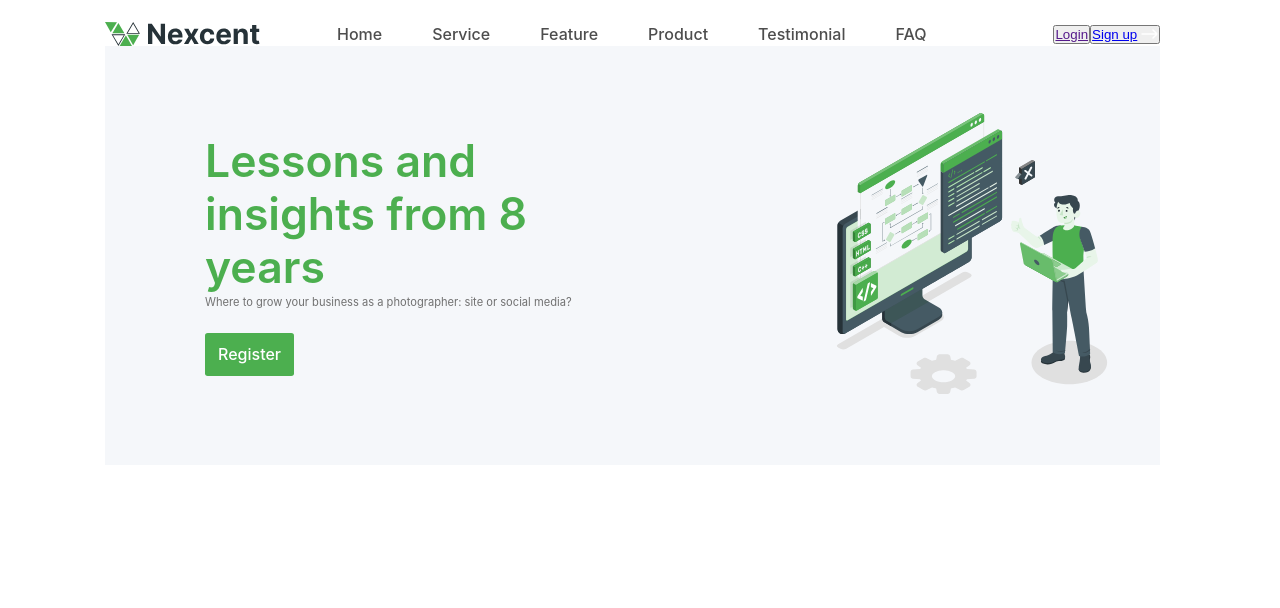
Repository: kubrazamanova/Folder4
Page: homePage/index.html
An editor plug-in stored every save of this project. The page is shown before and after the next save, followed by the edit.
The browser window is 1280 px wide. The pictures show the whole page.

Above is the page before, as saved 2023-11-11 11:38:26.

### homePage/index.html
<!DOCTYPE html>
<html lang="en">
  <head>
    <meta charset="UTF-8" />
    <meta name="viewport" content="width=device-width, initial-scale=1.0" />
    <link rel="stylesheet" href="index.css" />
    <title>Document</title>
  </head>
  <body>

    <div class="container">
      <nav>
        <img src="../images/Logo.svg" alt="">
        <ul>

          <li>
            <a href="#">Home</a>
          </li>

          <li>
            <a href="#">Service</a>
          </li>
          <li>
            <a href="#">Feature</a>
          </li>

          <li>
            <a href="#">Product</a>
          </li>

          <li>
            <a href="#">Testimonial</a>
          </li>

          <li>
            <a href="#">FAQ</a>
          </li>

        </ul>
        <div class="buttons-box">
            <button class="login-btn">
                <a href="">Login</a>
            </button>
            <button class="signup-btn">
                <a href="#">Sign up</a>
                <svg xmlns="http://www.w3.org/2000/svg" width="17" height="10" viewBox="0 0 17 10" fill="none">
                    <path d="M12 9L15.2929 5.70711C15.6834 5.31658 15.6834 4.68342 15.2929 4.29289L12 1M15 5L1 5" stroke="white" stroke-width="1.5" stroke-linecap="round"/>
                    </svg>
            </button>
        </div>
      </nav>

      <div class="box2">
        <div class="left-side">
          <h1>Lessons and insights from 8 years</h1>
          <h2>
            Where to grow your business as a photographer: site or social media?
          </h2>
          <a href="#">Register</a>
        </div>

        <div class="right-side">
          <img src="../images/Illustration.svg" alt="" />
        </div>
      </div>
    </div>
  </body>
</html>

### homePage/index.css
* {
  margin: 0;
  padding: 0;
  box-sizing: border-box;
}

.container {
  min-height: 100vh;
  padding: 22px 120px 96px 105px;
}
.container nav{
  display: flex;
  align-items: center;
justify-content: space-between;
}
.container nav ul {
  display: flex;
  align-items: center;
}

.container nav ul li {
  list-style-type: none;
  margin-right: 50px;
}

.container nav ul li a {
  color: var(--neutral-d-grey, #4d4d4d);
  text-align: center;
  font-family: Inter;
  font-size: 16px;
  font-style: normal;
  font-weight: 500;
  line-height: 24px;
  text-decoration: none;
}

.container nav .buttons-box{
  display: flex;
  align-items: center;
}

.container .box2 {
  display: flex;
  justify-content: space-between;
  align-items: center;
  padding: 66px 52px 66px 100px;
  background: var(--neutral-silver, #f5f7fa);
}

.container .box2 .left-side h1 {
  width: 450px;
  /* display: block;
    margin-top: 111px; */
  color: var(--neutral-d-grey, #4d4d4d);
  font-family: Inter;
  font-size: 44.548px;
  font-style: normal;
  font-weight: 600;
  line-height: 52.901px;
  color: var(--brand-primary, #4caf4f);
  font-family: Inter;
  font-size: 44.548px;
  font-style: normal;
  font-weight: 600;
  line-height: 52.901px;
  align-self: stretch;
}

.container .box2 .left-side h2 {
  /* display: flex;
     margin-bottom: 120px; */
  color: var(--neutral-grey, #717171);
  font-family: Inter;
  font-size: 11.137px;
  font-style: normal;
  font-weight: 400;
  line-height: 16.706px;
  margin-bottom: 22px;
}

.container .box2 .left-side a {
  width: 89px;
  text-decoration: none;
  color: var(--neutral-white, #fff);
  text-align: center;
  font-family: Inter;
  font-size: 16px;
  font-style: normal;
  font-weight: 500;
  line-height: 24px;
  display: flex;
  padding: 9.745px 22.274px;
  justify-content: center;
  align-items: center;
  gap: 6.961px;
  border-radius: 2.784px;
  background: var(--brand-primary, #4caf4f);
}

.container .box2 .right-side img {
  width: 272.163px;
  height: 283.3px;
}

After the next save:
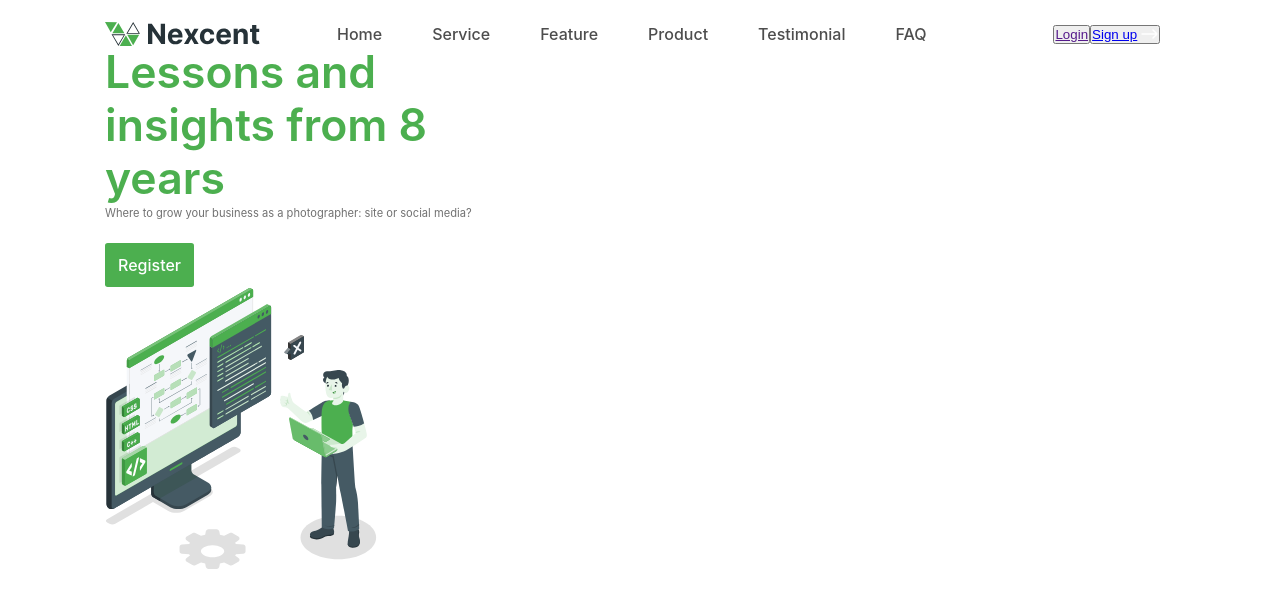
Saved 6 s later.
--- a/homePage/index.css
+++ b/homePage/index.css
@@ -38,6 +38,7 @@
   display: flex;
   align-items: center;
 }
+.container nav
 
 .container .box2 {
   display: flex;

After the 2 saves that followed:
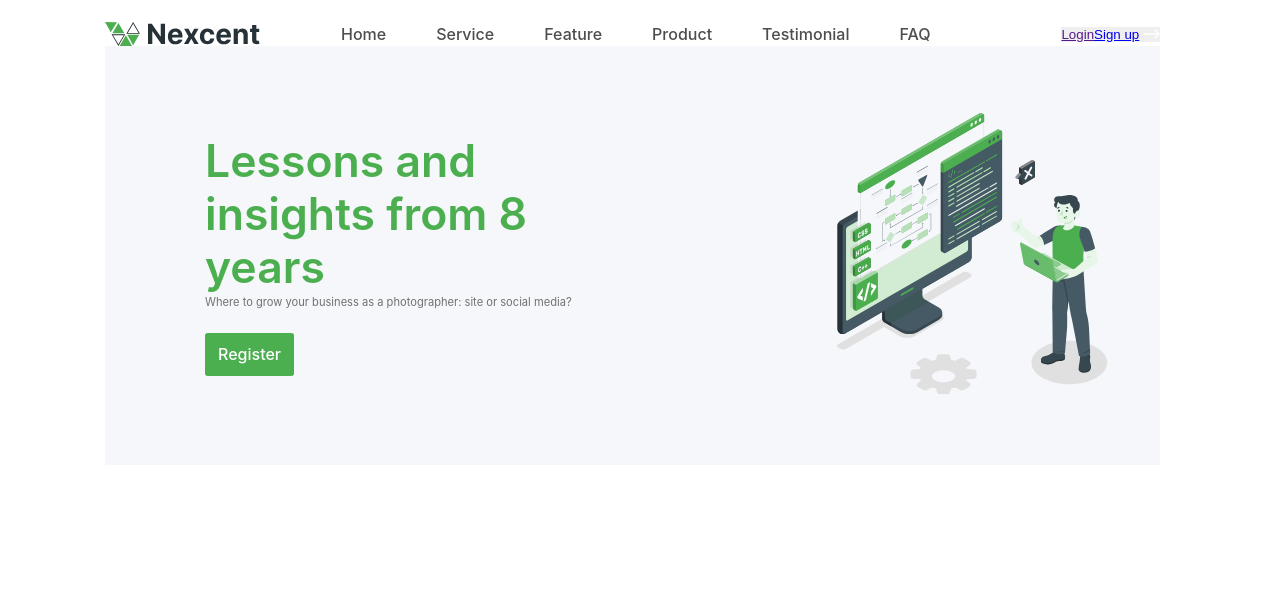
The 2 saves are shown as one change because they came seconds apart.
The last was saved 7 s later.
--- a/homePage/index.css
+++ b/homePage/index.css
@@ -38,7 +38,9 @@
   display: flex;
   align-items: center;
 }
-.container nav
+.container nav button{
+  border: none;
+}
 
 .container .box2 {
   display: flex;
